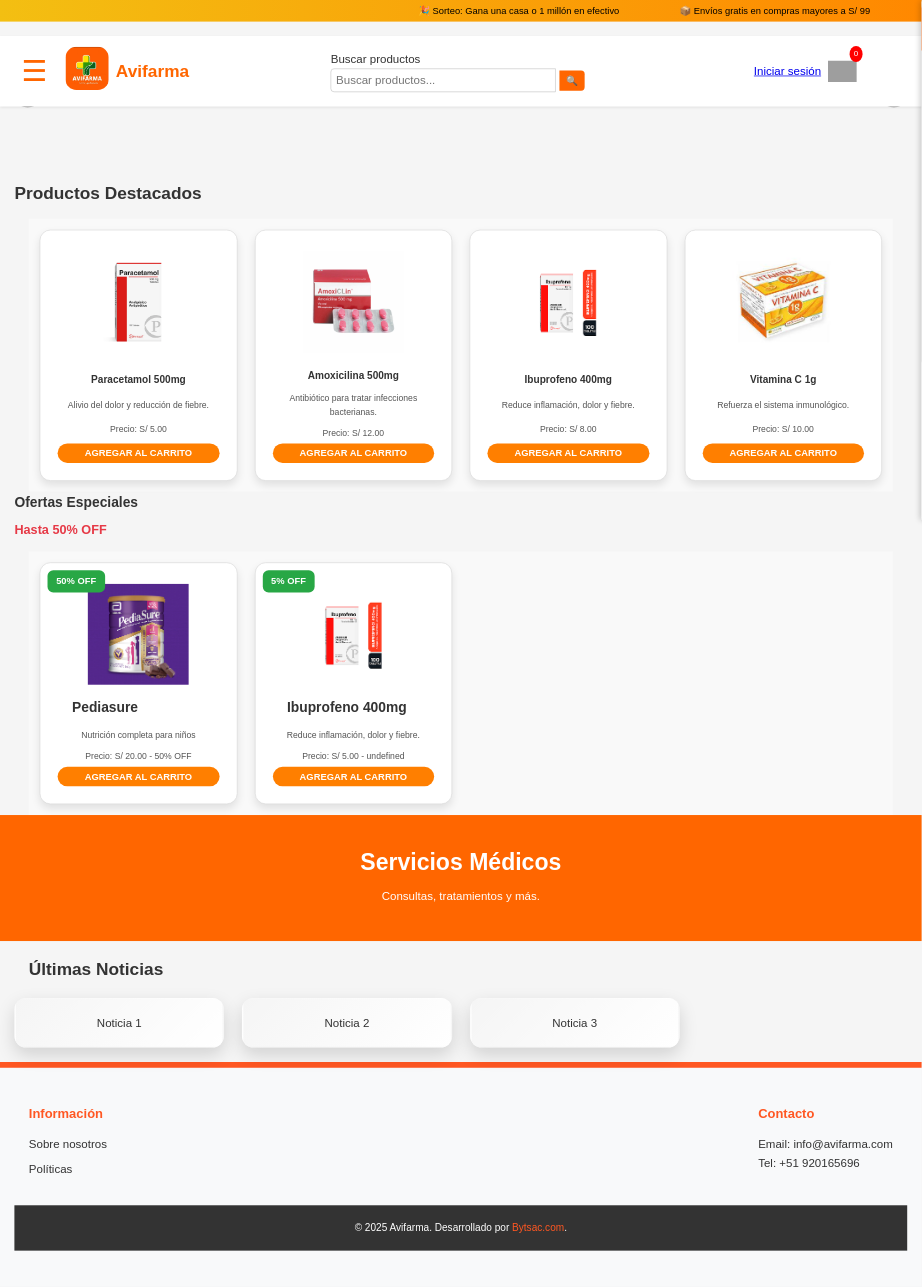
Repository: AVH75/avifarma-tienda
Page: index.html
The author's editor kept a copy of each file at every save. The page is drawn from the files as they stood at one save, then again after the next save.
The browser window is 1280 px wide. The pictures show the whole page, at 72% of full size.
Pictures or frames that could not be fetched are drawn as grey boxes.

Above is the page before, as saved 2025-09-10 13:25:07.
Console error: TypeError: Cannot read properties of null (reading 'addEventListener')

After the next save:
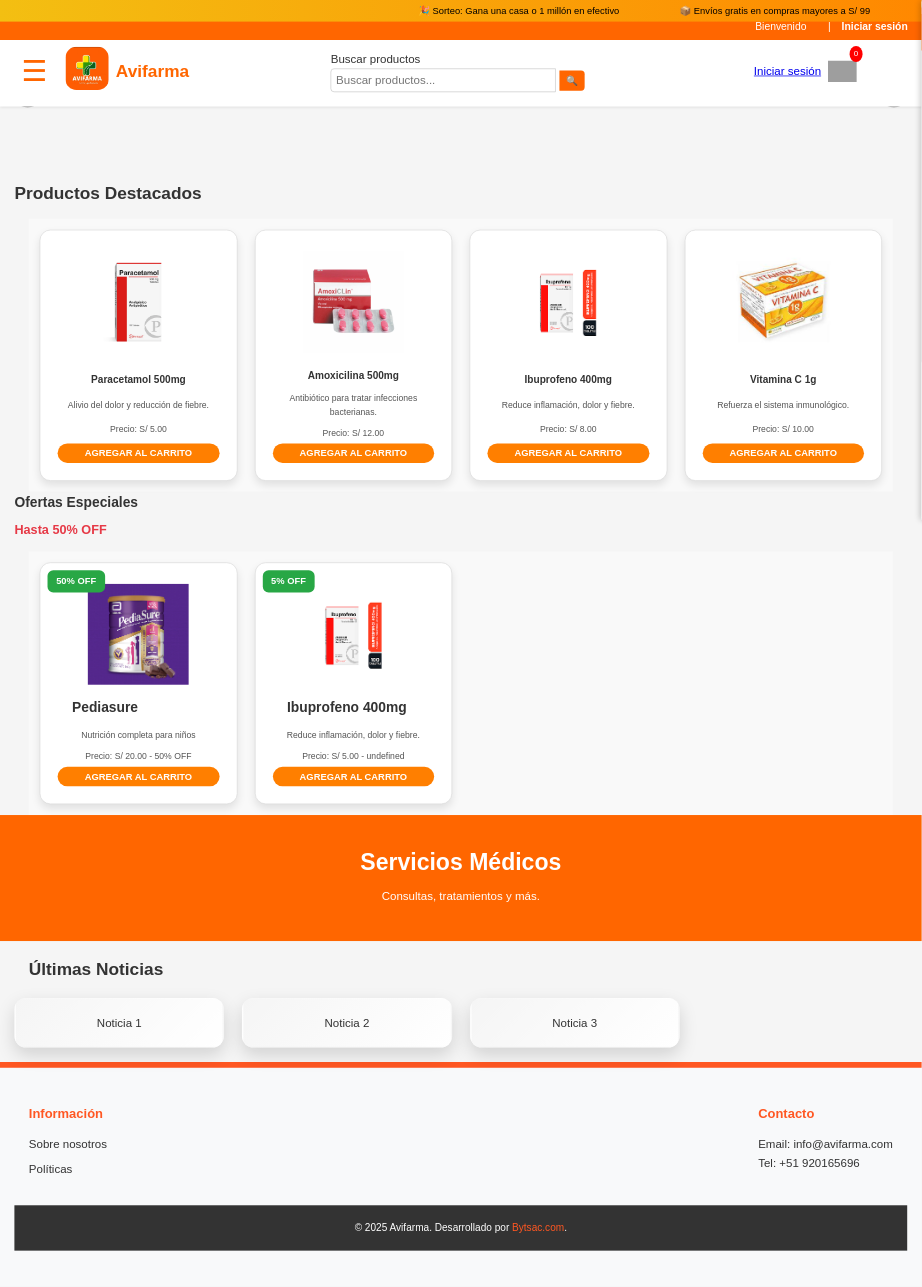
Saved 2 min 38 s later.
--- a/index.html
+++ b/index.html
@@ -70,6 +70,9 @@
   <!-- =========================
        🔹 TOP-BAR (Login/usuario)
   ========================= -->
+  <div class="top-bar">
+    <span>Bienvenido</span> | <a href="login.html">Iniciar sesión</a>
+  </div>
 
   <div class="separator"></div>
 
